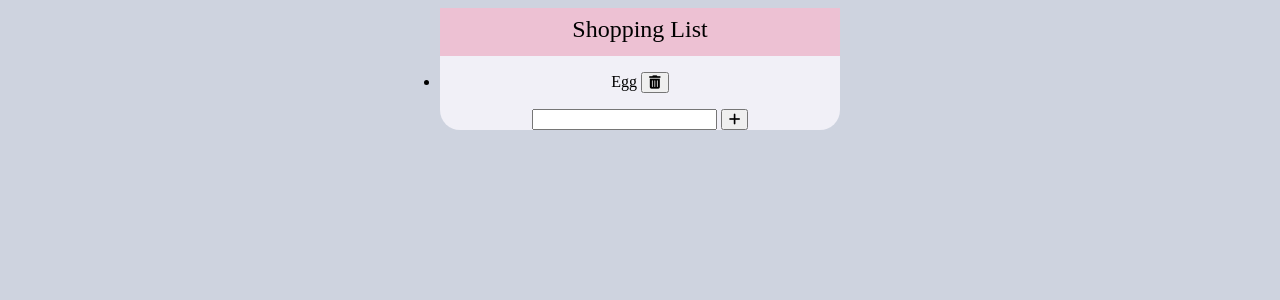
Repository: rumor1993/DreamCoding-Browser101
Page: Chapter05/index.html
The author's editor kept a copy of each file at every save. The page is drawn from the files as they stood at one save, then again after the next save.
The browser window is 1280 px wide. The pictures show the whole page.
Some web libraries are served in a nearby version.

Above is the page before, as saved 2020-12-30 12:22:33.

After the next save:
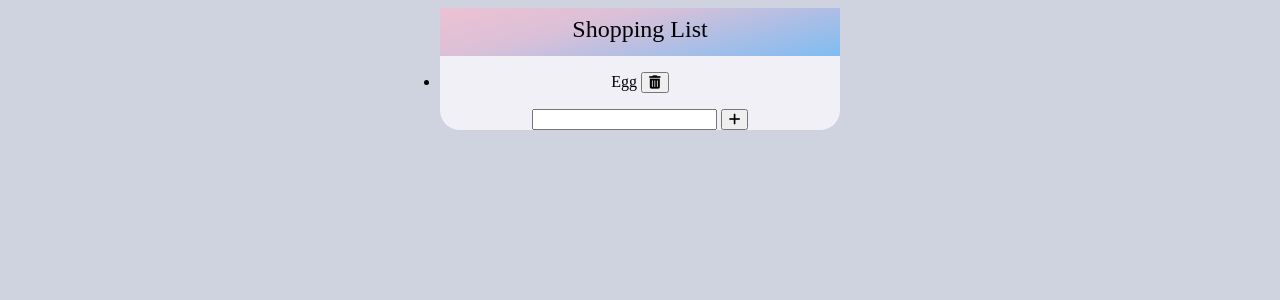
Saved 31 s later.
--- a/Chapter05/style.css
+++ b/Chapter05/style.css
@@ -23,5 +23,5 @@ body {
   padding: 8px;
   font-size: 24px;
   background: rgba(237, 193, 211);
-  background: linear-gradient(166deg, rgba(237, 193, 211, 1) 0% rgba(219, 192, 216, 1) 35% rgba(127, 188, 242, 1) 100%);
+  background: linear-gradient(166deg, rgba(237, 193, 211, 1) 0%, rgba(219, 192, 216, 1) 35%, rgba(127, 188, 242, 1) 100%);
 }
